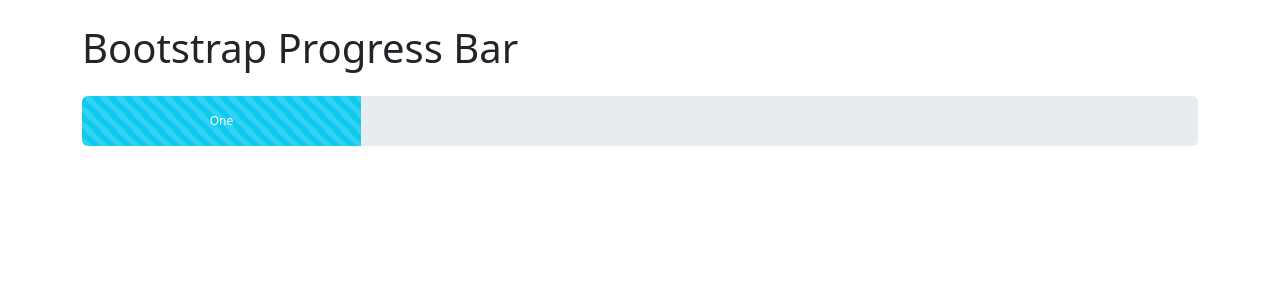
Repository: sarahlochhead/check-santas-list
Page: index-start.html
The author's editor kept a copy of each file at every save. The page is drawn from the files as they stood at one save, then again after a run of saves.
The browser window is 1280 px wide. The pictures show the whole page.

Above is the page before, as saved 2022-11-29 14:42:44.

After the next 2 saves:
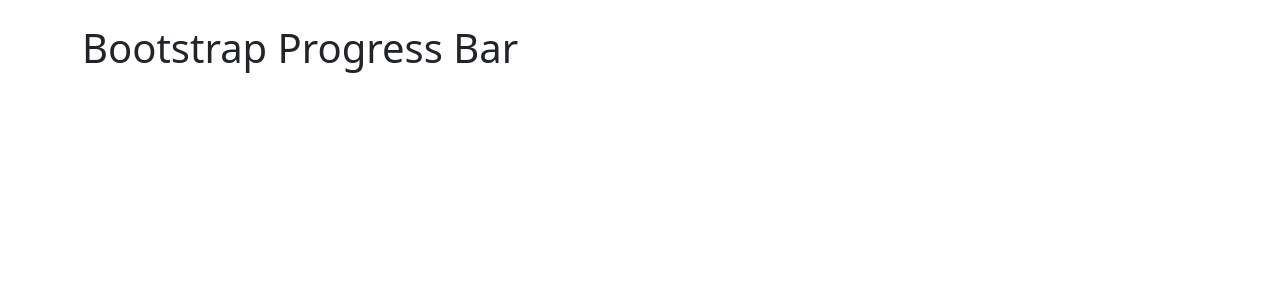
The 2 saves are shown as one change because they came seconds apart.
The last was saved 6 s later.
--- a/index-start.html
+++ b/index-start.html
@@ -18,10 +18,10 @@
                 <h1 class="mb-4 mt-4">Bootstrap Progress Bar</h1>
             </header>
             <!-- STEP 4: Create a div and add .progress and some top and bottom margin -->
-            <div class="progress mt-4 mb-4" style="height: 50px;">
+
 
             <!-- STEP 5: Create another div .progress-bar. Add the appropriate roles and aria attributes (b/c this is not the HTML5 semantic element <progress>)-->
-                <div class="progress-bar bg-info progress-bar-striped progress-bar-animated" role="progressbar" aria-label="Status Progress Bar" style="width:25%" aria-valuenow="25" aria-valuemin="0" aria-valuemax="100">One</div>
+
 
                 <!-- STEP 6: Change the value of width property to 25% percent and see what happens Note: The aria-valuenow should also be changed -->
                 <!-- STEP 7: Add a label to the progress-bar by adding text in the div -->
